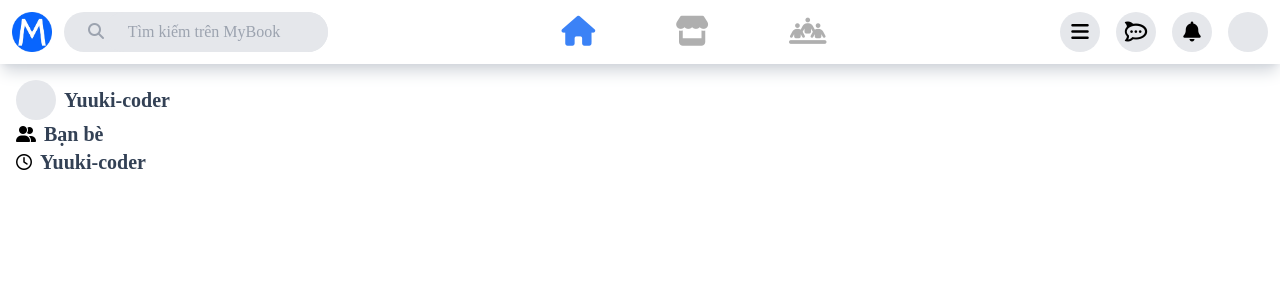
Repository: Yuukicoder/MyBook
Page: / (app in mybook/)
The author's editor kept a copy of each file at every save. The page is drawn from the files as they stood at one save, then again after the next save.
The browser window is 1280 px wide. The pictures show the whole page.
The project was rebuilt for these pictures with package versions that can differ from the ones it lists, and the page was loaded fresh each time.

Above is the page before, as saved 2023-12-13 15:59:38.

After the next save:
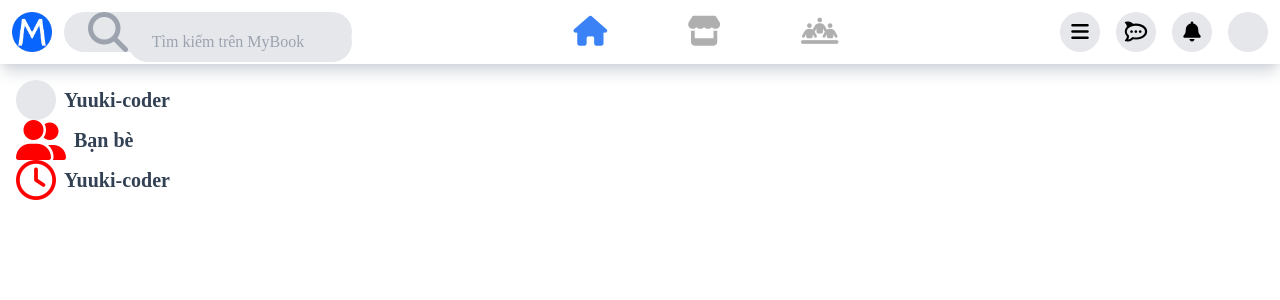
Saved 20 s later.
--- a/mybook/src/Option.css
+++ b/mybook/src/Option.css
@@ -1,7 +1,7 @@
 h1{
     color: red;
 }
-.Option i{
+ i{
     font-size: 40px;
     color: red;
 }
